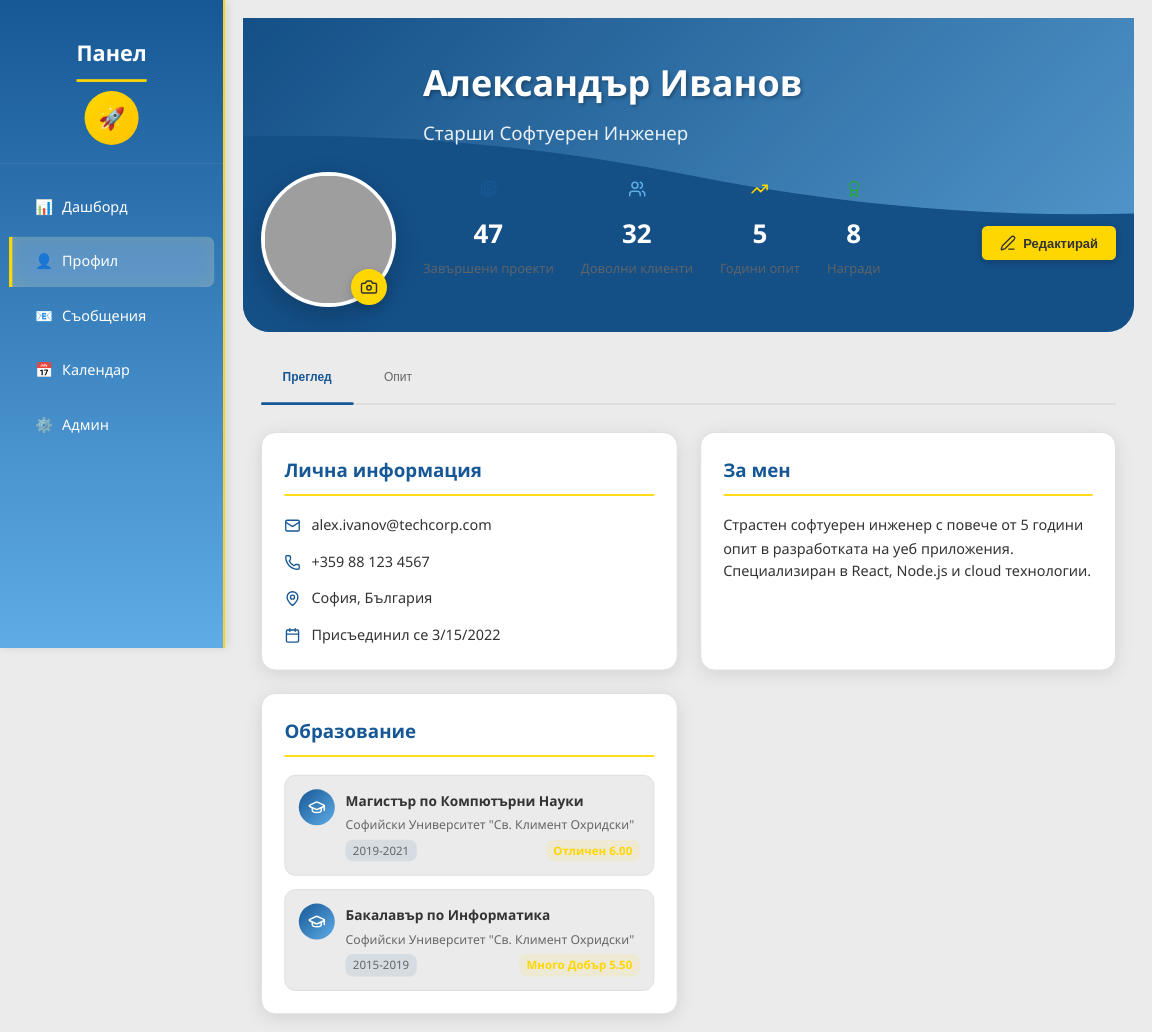
Repository: BorisSavianov/doxa-frontend
Page: /profile
The author's editor kept a copy of each file at every save. The page is drawn from the files as they stood at one save, then again after the next save.
The browser window is 1280 px wide. The pictures show the whole page, at 90% of full size.
Pictures or frames that could not be fetched are drawn as grey boxes. The project was rebuilt for these pictures with package versions that can differ from the ones it lists, and the page was loaded fresh each time. Also part of the build but not shown: vite.config.js, src/components/Layout/Header.jsx, src/components/Charts/SimpleChart.jsx, src/pages/Dashboard.jsx, src/pages/Inbox.css, src/pages/Inbox.jsx, src/pages/Calendar.css, src/pages/Calendar.jsx and 1 more.

Above is the page before, as saved 2025-10-24 13:50:54.

### index.html
<!doctype html>
<html lang="en">
  <head>
    <meta charset="UTF-8" />
    <link rel="icon" type="image/svg+xml" href="/vite.svg" />
    <meta name="viewport" content="width=device-width, initial-scale=1.0" />
    <title>vtu</title>
  </head>
  <body>
    <div id="root"></div>
    <script type="module" src="/src/main.jsx"></script>
  </body>
</html>

### src/main.jsx
import React from 'react'
import ReactDOM from 'react-dom/client'
import { createBrowserRouter, RouterProvider } from 'react-router-dom'
import { ThemeProvider } from './contexts/ThemeContext'
import { LanguageProvider } from './contexts/LanguageContext'
import Layout from './components/Layout/Layout'
import Dashboard from './pages/Dashboard'
import Profile from './pages/Profile'
import Inbox from './pages/Inbox'
import Calendar from './pages/Calendar'
import Admin from './pages/Admin'
import './index.css'

const router = createBrowserRouter([
  {
    path: "/",
    element: <Layout />,
    children: [
      {
        index: true,
        element: <Dashboard />,
      },
      {
        path: "dashboard",
        element: <Dashboard />,
      },
      {
        path: "profile",
        element: <Profile />,
      },
      {
        path: "inbox",
        element: <Inbox />,
      },
      {
        path: "calendar",
        element: <Calendar />,
      },
      {
        path: "admin",
        element: <Admin />,
      },
    ],
  },
], {
  future: {
    v7_startTransition: true,
    v7_relativeSplatPath: true,
  },
});

function App() {
  return (
    <ThemeProvider>
      <LanguageProvider>
        <RouterProvider router={router} />
      </LanguageProvider>
    </ThemeProvider>
  )
}

ReactDOM.createRoot(document.getElementById('root')).render(
  <React.StrictMode>
    <App />
  </React.StrictMode>,
)

### src/components/Layout/Layout.jsx
import React from 'react'
import { Outlet } from 'react-router-dom'
import { useTheme } from '../../contexts/ThemeContext'
import Header from './Header'
import Sidebar from './Sidebar'
import '../../styles/globals.css'

const Layout = () => {
  const { isDark } = useTheme()

  return (
    <div className={`app ${isDark ? 'dark' : 'light'}`}>
      <Sidebar />
      <div className="main-content">

        <Outlet />
      </div>
    </div>
  )
}

export default Layout

### src/pages/Profile.jsx
import React, { useState, useRef } from 'react'
import { useLanguage } from '../contexts/LanguageContext'
import { motion, AnimatePresence } from 'framer-motion'
import {
  Edit3,
  Camera,
  Mail,
  Phone,
  MapPin,
  Calendar,
  Award,
  Book,
  Briefcase,
  Users,
  Download,
  Share2,
  Star,
  TrendingUp,
  Target,
  GraduationCap
} from 'lucide-react'
import './Profile.css'

const Profile = () => {
  const { t } = useLanguage()
  const fileInputRef = useRef(null)

  const [isEditing, setIsEditing] = useState(false)
  const [profile, setProfile] = useState({
    firstName: 'Александър',
    lastName: 'Иванов',
    position: t('Старши Софтуерен Инженер', 'Senior Software Engineer'),

    university: t('Софийски Университет "Св. Климент Охридски"', 'Sofia University "St. Kliment Ohridski"'),
    degree: t('Магистър по Компютърни Науки', 'Master of Computer Science'),
    email: 'alex.ivanov@techcorp.com',
    phone: '+359 88 123 4567',
    location: t('София, България', 'Sofia, Bulgaria'),
    joinDate: '2022-03-15',
    bio: t('Страстен софтуерен инженер с повече от 5 години опит в разработката на уеб приложения. Специализиран в React, Node.js и cloud технологии.', 'Passionate software engineer with over 5 years of experience in web application development. Specialized in React, Node.js and cloud technologies.'),
    skills: ['React', 'JavaScript', 'Node.js', 'TypeScript', 'Python', 'AWS'],
    interests: [t('Програмиране', 'Coding'), t('Планински туризъм', 'Hiking'), t('Фотография', 'Photography'), t('Четене', 'Reading')]
  })

  const [stats, setStats] = useState([
    { label: t('Завършени проекти', 'Completed Projects'), value: 47, icon: Target, color: '#165895' },
    { label: t('Доволни клиенти', 'Happy Clients'), value: 32, icon: Users, color: '#5FACE6' },
    { label: t('Години опит', 'Years Experience'), value: 5, icon: TrendingUp, color: '#FFD700' },
    { label: t('Награди', 'Awards'), value: 8, icon: Award, color: '#28a745' }
  ])

  const [activeTab, setActiveTab] = useState('overview')

  const education = [
    {
      id: 1,
      degree: t('Магистър по Компютърни Науки', 'Master of Computer Science'),
      university: t('Софийски Университет "Св. Климент Охридски"', 'Sofia University "St. Kliment Ohridski"'),
      period: '2019-2021',
      grade: t('Отличен 6.00', 'Excellent 6.00')
    },
    {
      id: 2,
      degree: t('Бакалавър по Информатика', 'Bachelor of Informatics'),
      university: t('Софийски Университет "Св. Климент Охридски"', 'Sofia University "St. Kliment Ohridski"'),
      period: '2015-2019',
      grade: t('Много Добър 5.50', 'Very Good 5.50')
    }
  ]

  const handleImageUpload = (event) => {
    const file = event.target.files[0]
    if (file) {
      const reader = new FileReader()
      reader.onload = (e) => {
        // В реално приложение тук ще качим снимката на сървъра
        console.log('Image uploaded:', e.target.result)
        alert(t('Профилната снимка е обновена!', 'Profile picture updated!'))
      }
      reader.readAsDataURL(file)
    }
  }

  const handleSave = () => {
    setIsEditing(false)
    // Тук ще изпратим данните към сървъра
    alert(t('Профилът е запазен успешно!', 'Profile saved successfully!'))
  }

  const triggerFileInput = () => {
    fileInputRef.current?.click()
  }

  const tabs = [
    { id: 'overview', label: t('Преглед', 'Overview') },
    { id: 'experience', label: t('Опит', 'Experience') },

  ]

  const experiences = [
    {
      id: 1,
      position: t('Старши Софтуерен Инженер', 'Senior Software Engineer'),
      company: 'TechCorp Ltd',
      period: t('Март 2022 - Настояще', 'Mar 2022 - Present'),
      description: t('Ръководство на екип от разработчици, проектиране на архитектура, внедряване на best practices.', 'Leading a team of developers, designing architecture, implementing best practices.')
    },
    {
      id: 2,
      position: t('Софтуерен Инженер', 'Software Engineer'),
      company: 'WebSolutions EOOD',
      period: t('Януари 2020 - Февруари 2022', 'Jan 2020 - Feb 2022'),
      description: t('Разработка на уеб приложения, работа с клиенти, оптимизация на производителност.', 'Web application development, client work, performance optimization.')
    },
    {
      id: 3,
      position: t('Джуниър Разработчик', 'Junior Developer'),
      company: 'StartUp BG',
      period: t('Юни 2018 - Декември 2019', 'Jun 2018 - Dec 2019'),
      description: t('Участие в разработката на MVP проекти, обучение и усъвършенстване на умения.', 'Participated in MVP project development, training and skill improvement.')
    }
  ]

  return (
    <div className="profile-page">
      {/* Profile Header */}
      <motion.div
        className="profile-header"
        initial={{ y: -50, opacity: 0 }}
        animate={{ y: 0, opacity: 1 }}
        transition={{ duration: 0.6 }}
      >
        <div className="profile-background">
          <div className="background-overlay"></div>
        </div>

        <div className="profile-info">
          <div className="avatar-section">
            <div className="avatar-container">
              <img
                src="/profile.png"
                alt="Profile"
                className="profile-avatar"
                onError={(e) => {
                  e.target.src = 'data:[embedded picture, 510 characters]'
                }}
              />
              <motion.button
                className="avatar-edit-btn"
                onClick={triggerFileInput}
                whileHover={{ scale: 1.1 }}
                whileTap={{ scale: 0.9 }}
              >
                <Camera size={20} />
              </motion.button>
              <input
                type="file"
                ref={fileInputRef}
                onChange={handleImageUpload}
                accept="image/*"
                style={{ display: 'none' }}
              />
            </div>

            <div className="profile-main-info">
              <div className="name-section">

                <div>
                  <h1>{profile.firstName} {profile.lastName}</h1>
                  <p className="position">{profile.position}</p>
                  <p className="company">{profile.company}</p>
                </div>
              </div>

              <div className="profile-stats">
                {stats.map((stat, index) => (
                  <motion.div
                    key={stat.label}
                    className="stat-item"
                    initial={{ scale: 0 }}
                    animate={{ scale: 1 }}
                    transition={{ delay: index * 0.1 }}
                  >
                    <stat.icon size={20} color={stat.color} />
                    <div className="stat-value">{stat.value}</div>
                    <div className="stat-label">{stat.label}</div>
                  </motion.div>
                ))}
              </div>
            </div>
          </div>

          <div className="profile-actions">

            <motion.button
              className="btn btn-primary edit-btn"
              onClick={() => setIsEditing(!isEditing)}
              whileHover={{ scale: 1.05 }}
              whileTap={{ scale: 0.95 }}
            >
              <Edit3 size={18} />
              {isEditing ? t('Запази', 'Save') : t('Редактирай', 'Edit')}
            </motion.button>
          </div>
        </div>
      </motion.div>

      <div className="profile-content">
        {/* Navigation Tabs */}
        <motion.div
          className="profile-tabs"
          initial={{ x: -50, opacity: 0 }}
          animate={{ x: 0, opacity: 1 }}
          transition={{ delay: 0.2 }}
        >
          {tabs.map(tab => (
            <button
              key={tab.id}
              className={`tab-btn ${activeTab === tab.id ? 'active' : ''}`}
              onClick={() => setActiveTab(tab.id)}
            >
              {tab.label}
            </button>
          ))}
        </motion.div>

        {/* Tab Content */}
        <div className="tab-content">
          <AnimatePresence mode="wait">
            {activeTab === 'overview' && (
              <motion.div
                key="overview"
                initial={{ opacity: 0, y: 20 }}
                animate={{ opacity: 1, y: 0 }}
                exit={{ opacity: 0, y: -20 }}
                transition={{ duration: 0.3 }}
                className="overview-content"
              >
                <div className="grid-layout">
                  {/* Personal Info Card */}
                  <div className="info-card">
                    <h3>{t('Лична информация', 'Personal Information')}</h3>
                    <div className="info-list">
                      <div className="info-item">
                        <Mail size={18} />
                        <span>{profile.email}</span>
                      </div>
                      <div className="info-item">
                        <Phone size={18} />
                        <span>{profile.phone}</span>
                      </div>
                      <div className="info-item">
                        <MapPin size={18} />
                        <span>{profile.location}</span>
                      </div>
                      <div className="info-item">
                        <Calendar size={18} />
                        <span>{t('Присъединил се', 'Joined')} {new Date(profile.joinDate).toLocaleDateString()}</span>
                      </div>
                    </div>
                  </div>

                  {/* Bio Card */}
                  <div className="info-card">
                    <h3>{t('За мен', 'About Me')}</h3>
                    <p className="bio-text">{profile.bio}</p>
                  </div>

                  {/* Education Card */}
                  <div className="info-card">
                    <h3>{t('Образование', 'Education')}</h3>
                    <div className="education-preview">
                      {education.map((edu, index) => (
                        <motion.div
                          key={edu.id}
                          className="edu-preview-item"
                          initial={{ opacity: 0, x: -20 }}
                          animate={{ opacity: 1, x: 0 }}
                          transition={{ delay: index * 0.1 }}
                        >
                          <div className="edu-preview-icon">
                            <GraduationCap size={20} />
                          </div>
                          <div className="edu-preview-details">
                            <div className="edu-preview-degree">{edu.degree}</div>
                            <div className="edu-preview-university">{edu.university}</div>
                            <div className="edu-preview-meta">
                              <span className="edu-period">{edu.period}</span>
                              <span className="edu-grade">{edu.grade}</span>
                            </div>
                          </div>
                        </motion.div>
                      ))}
                    </div>
                  </div>




                </div>
              </motion.div>
            )}

            {activeTab === 'experience' && (
              <motion.div
                key="experience"
                initial={{ opacity: 0, y: 20 }}
                animate={{ opacity: 1, y: 0 }}
                exit={{ opacity: 0, y: -20 }}
                transition={{ duration: 0.3 }}
                className="experience-content"
              >
                <div className="timeline">
                  {experiences.map((exp, index) => (
                    <motion.div
                      key={exp.id}
                      className="timeline-item"
                      initial={{ opacity: 0, x: -50 }}
                      animate={{ opacity: 1, x: 0 }}
                      transition={{ delay: index * 0.1 }}
                    >
                      <div className="timeline-marker">
                        <Briefcase size={20} />
                      </div>
                      <div className="timeline-content">
                        <h4>{exp.position}</h4>
                        <div className="company-period">
                          <span className="company">{exp.company}</span>
                          <span className="period">{exp.period}</span>
                        </div>
                        <p className="description">{exp.description}</p>
                      </div>
                    </motion.div>
                  ))}
                </div>
              </motion.div>
            )}

            {activeTab === 'skills' && (
              <motion.div
                key="skills"
                initial={{ opacity: 0, y: 20 }}
                animate={{ opacity: 1, y: 0 }}
                exit={{ opacity: 0, y: -20 }}
                transition={{ duration: 0.3 }}
                className="skills-content"
              >
                <div className="skills-categories">
                  <div className="skill-category">
                    <h4>{t('Frontend', 'Frontend')}</h4>
                    <div className="skill-levels">
                      {['React', 'JavaScript', 'TypeScript', 'HTML/CSS'].map(skill => (
                        <div key={skill} className="skill-level">
                          <span className="skill-name">{skill}</span>
                          <div className="level-bar">
                            <div
                              className="level-fill"
                              style={{ width: `${Math.random() * 50 + 50}%` }}
                            ></div>
                          </div>
                        </div>
                      ))}
                    </div>
                  </div>

                  <div className="skill-category">
                    <h4>{t('Backend', 'Backend')}</h4>
                    <div className="skill-levels">
                      {['Node.js', 'Python', 'SQL', 'MongoDB'].map(skill => (
                        <div key={skill} className="skill-level">
                          <span className="skill-name">{skill}</span>
                          <div className="level-bar">
                            <div
                              className="level-fill"
                              style={{ width: `${Math.random() * 50 + 50}%` }}
                            ></div>
                          </div>
                        </div>
                      ))}
                    </div>
                  </div>
                </div>
              </motion.div>
            )}
          </AnimatePresence>
        </div>
      </div>

      {/* Edit Modal */}
      <AnimatePresence>
        {isEditing && (
          <motion.div
            className="edit-modal-overlay"
            initial={{ opacity: 0 }}
            animate={{ opacity: 1 }}
            exit={{ opacity: 0 }}
            onClick={() => setIsEditing(false)}
          >
            <motion.div
              className="edit-modal"
              initial={{ scale: 0.8, opacity: 0 }}
              animate={{ scale: 1, opacity: 1 }}
              exit={{ scale: 0.8, opacity: 0 }}
              onClick={(e) => e.stopPropagation()}
            >
              <div className="modal-header">
                <h3>{t('Редактиране на профил', 'Edit Profile')}</h3>
                <button className="close-btn" onClick={() => setIsEditing(false)}>×</button>
              </div>

              <div className="modal-body">
                <div className="form-grid">
                  <div className="form-group">
                    <label>{t('Име', 'First Name')}</label>
                    <input
                      type="text"
                      value={profile.firstName}
                      onChange={(e) => setProfile({...profile, firstName: e.target.value})}
                      className="form-input"
                    />
                  </div>

                  <div className="form-group">
                    <label>{t('Фамилия', 'Last Name')}</label>
                    <input
                      type="text"
                      value={profile.lastName}
                      onChange={(e) => setProfile({...profile, lastName: e.target.value})}
                      className="form-input"
                    />
                  </div>

                  <div className="form-group full-width">
                    <label>{t('Длъжност', 'Position')}</label>
                    <input
                      type="text"
                      value={profile.position}
                      onChange={(e) => setProfile({...profile, position: e.target.value})}
                      className="form-input"
                    />
                  </div>

                  <div className="form-group full-width">
                    <label>{t('Университет', 'University')}</label>
                    <input
                      type="text"
                      value={profile.university}
                      onChange={(e) => setProfile({...profile, university: e.target.value})}
                      className="form-input"
                    />
                  </div>

                  <div className="form-group full-width">
                    <label>{t('Биография', 'Bio')}</label>
                    <textarea
                      value={profile.bio}
                      onChange={(e) => setProfile({...profile, bio: e.target.value})}
                      className="form-textarea"
                      rows="4"
                    />
                  </div>
                </div>
              </div>

              <div className="modal-footer">
                <button className="btn btn-secondary" onClick={() => setIsEditing(false)}>
                  {t('Отказ', 'Cancel')}
                </button>
                <button className="btn btn-primary" onClick={handleSave}>
                  {t('Запази', 'Save')}
                </button>
              </div>
            </motion.div>
          </motion.div>
        )}
      </AnimatePresence>
    </div>
  )
}

export default Profile

### src/index.css
:root {
  font-family: Inter, system-ui, Avenir, Helvetica, Arial, sans-serif;
  line-height: 1.5;
  font-weight: 400;
}

body {
  margin: 0;
  display: flex;
  place-items: center;
  min-width: 320px;
  min-height: 100vh;
}

#root {
  width: 100%;
  margin: 0 auto;
}

Loaded but not shown: src/contexts/ThemeContext.js (31 lines, source omitted); src/hooks/useLocalStorage.js (24 lines, source omitted); src/pages/Profile.css (778 lines, source omitted); src/styles/globals.css (337 lines, source omitted); src/components/Layout/Sidebar.jsx (56 lines, source omitted); src/contexts/LanguageContext.jsx (67 lines, source omitted)

After the next save:
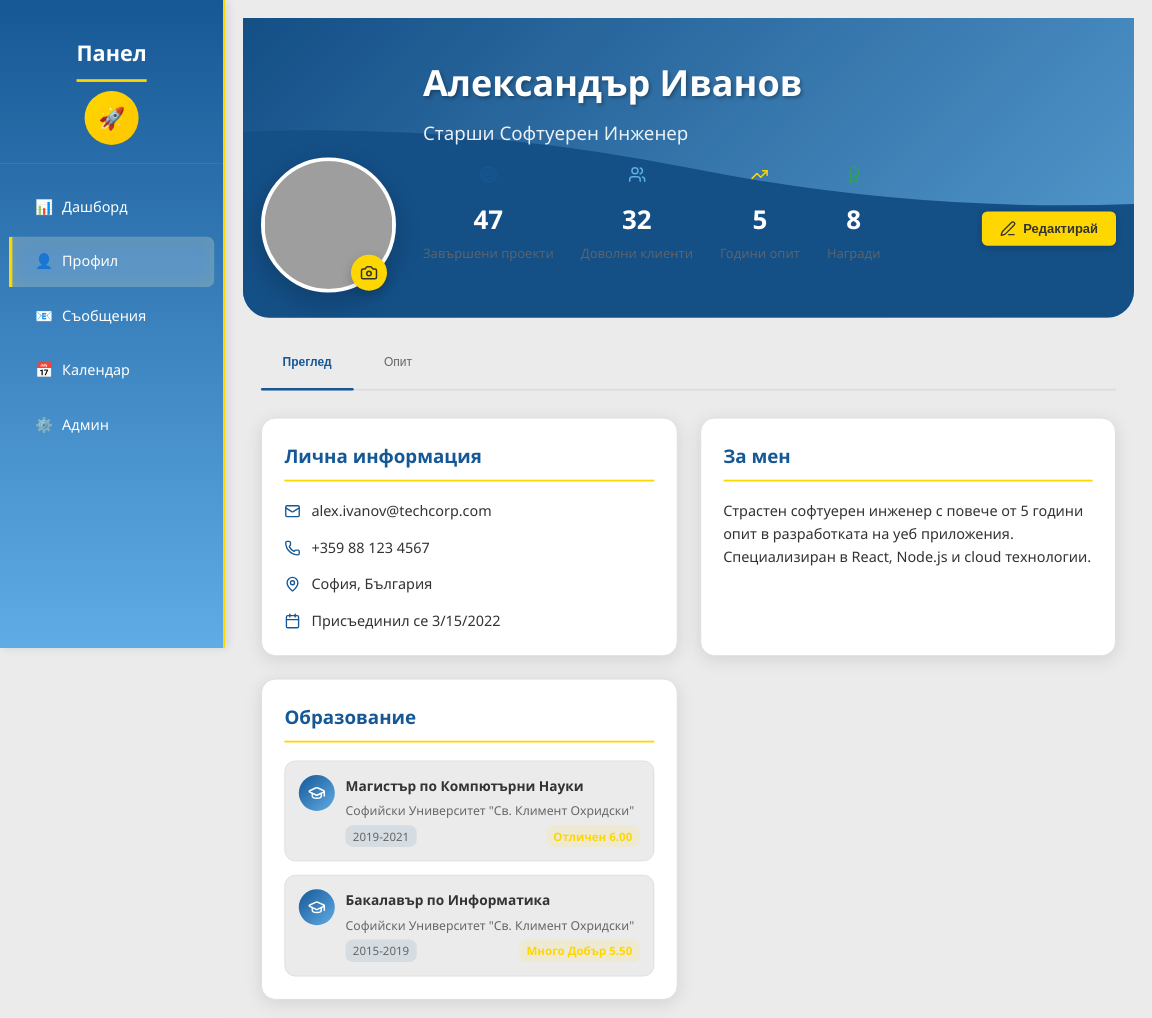
Saved 29 s later.
--- a/src/pages/Profile.jsx
+++ b/src/pages/Profile.jsx
@@ -101,21 +101,21 @@ const Profile = () => {
     {
       id: 1,
       position: t('Старши Софтуерен Инженер', 'Senior Software Engineer'),
-      company: 'TechCorp Ltd',
+
       period: t('Март 2022 - Настояще', 'Mar 2022 - Present'),
       description: t('Ръководство на екип от разработчици, проектиране на архитектура, внедряване на best practices.', 'Leading a team of developers, designing architecture, implementing best practices.')
     },
     {
       id: 2,
       position: t('Софтуерен Инженер', 'Software Engineer'),
-      company: 'WebSolutions EOOD',
+
       period: t('Януари 2020 - Февруари 2022', 'Jan 2020 - Feb 2022'),
       description: t('Разработка на уеб приложения, работа с клиенти, оптимизация на производителност.', 'Web application development, client work, performance optimization.')
     },
     {
       id: 3,
       position: t('Джуниър Разработчик', 'Junior Developer'),
-      company: 'StartUp BG',
+
       period: t('Юни 2018 - Декември 2019', 'Jun 2018 - Dec 2019'),
       description: t('Участие в разработката на MVP проекти, обучение и усъвършенстване на умения.', 'Participated in MVP project development, training and skill improvement.')
     }
@@ -168,7 +168,7 @@ const Profile = () => {
                 <div>
                   <h1>{profile.firstName} {profile.lastName}</h1>
                   <p className="position">{profile.position}</p>
-                  <p className="company">{profile.company}</p>
+
                 </div>
               </div>
 
@@ -324,10 +324,7 @@ const Profile = () => {
                       </div>
                       <div className="timeline-content">
                         <h4>{exp.position}</h4>
-                        <div className="company-period">
-                          <span className="company">{exp.company}</span>
-                          <span className="period">{exp.period}</span>
-                        </div>
+
                         <p className="description">{exp.description}</p>
                       </div>
                     </motion.div>
